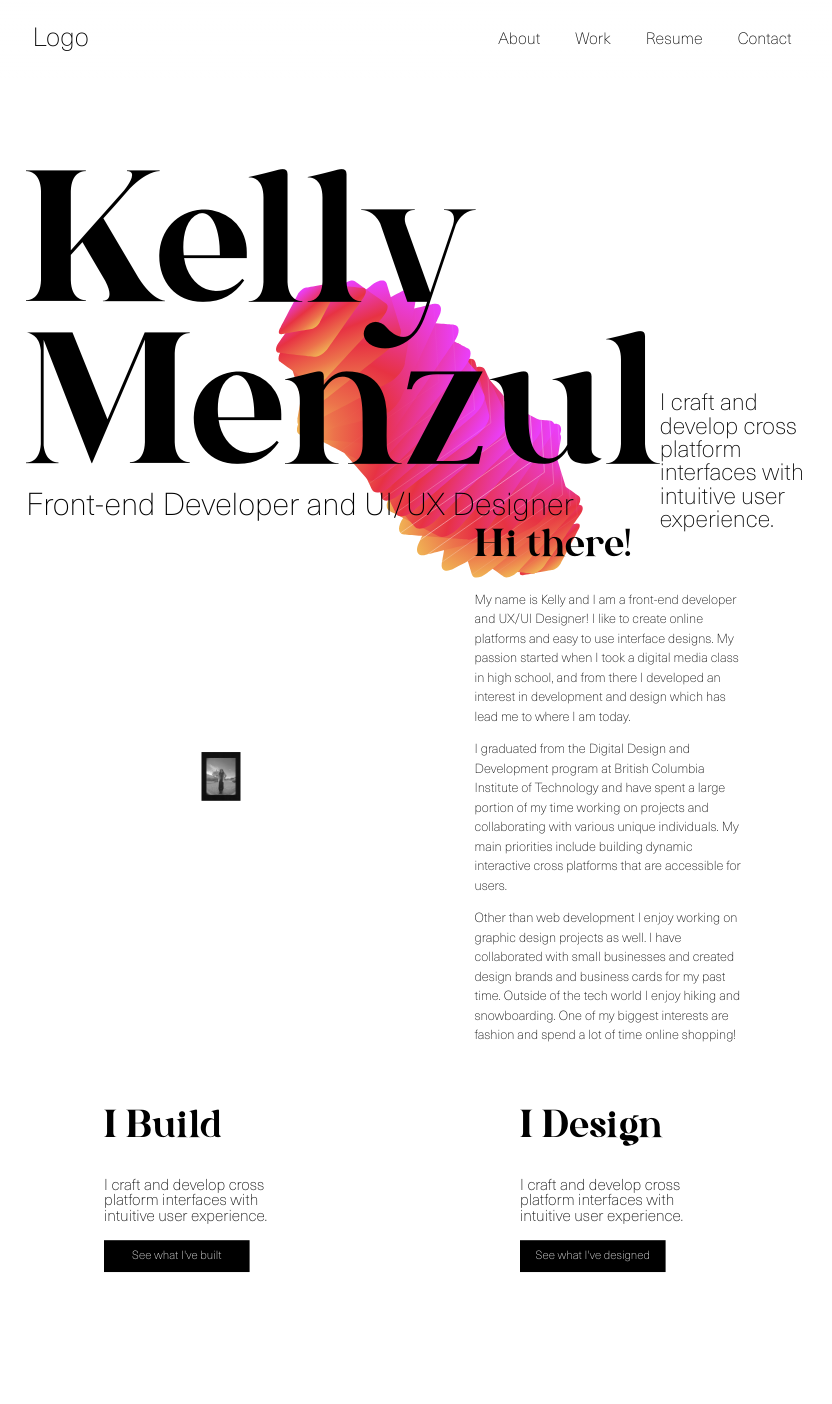
Repository: KellyMenzul/Kelly-Menzul
Page: /
An editor plug-in stored every save of this project. The page is shown before and after the next save, followed by the edit.
The browser window is 1280 px wide. The pictures show the whole page, at 65% of full size.
The project was rebuilt for these pictures with package versions that can differ from the ones it lists, and the page was loaded fresh each time. The framework's server and built-in components were replaced by stand-ins that run in the browser. Also part of the build but not shown: next.config.js.

Above is the page before, as saved 2022-01-20 15:13:23.

After the next save:
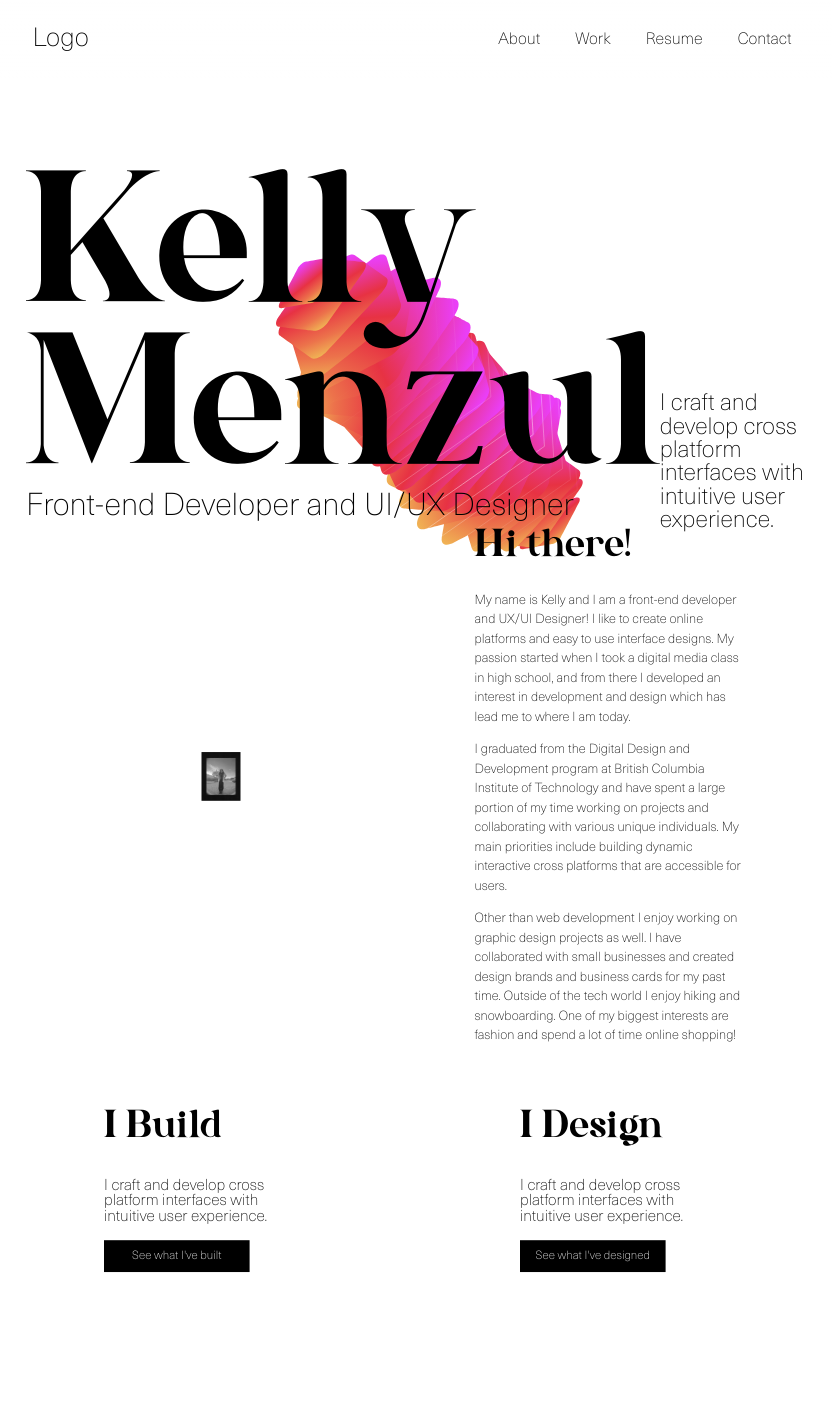
Saved 7 s later.
--- a/pages/index.js
+++ b/pages/index.js
@@ -108,7 +108,7 @@ justify-content:center;
 const LoadHolder = styled.div`
 position:absolute;
 z-index:-1;
-
+top:0px;
 `
 const TextHolder  =styled.div``
 
